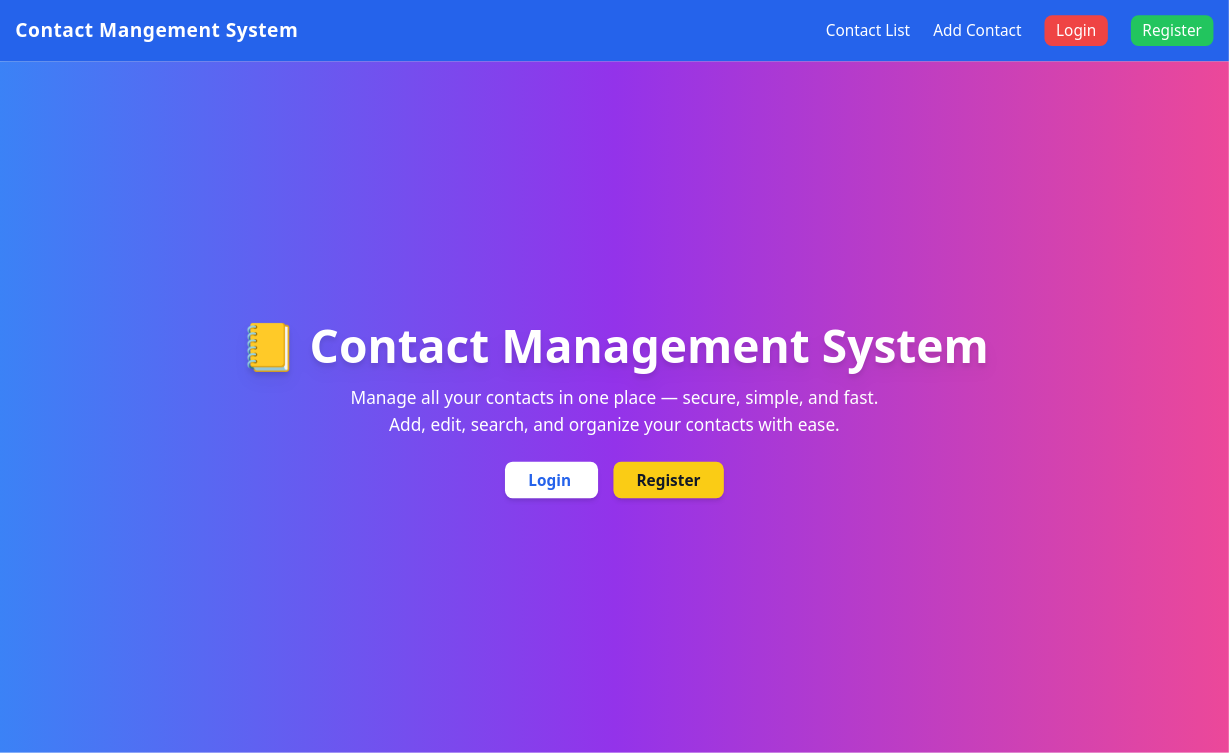
Repository: tauseefthedeveloper/ContactManagementSystem
Page: http://localhost/ContactManagementSystem/
An editor plug-in stored every save of this project. The page is shown before and after the next save, followed by the edit.
The browser window is 1280 px wide. The pictures show the whole page, at 96% of full size.
Some web libraries are served in a nearby version. The page is served by Tomcat 9. Other server files are loaded and not shown.

Above is the page before, as saved 2025-09-01 09:44:32.

### ContactManagementSystem/src/main/webapp/index.jsp
<%@ page language="java" contentType="text/html; charset=UTF-8"
	pageEncoding="UTF-8"%>
<!DOCTYPE html>
<html>
<head>
<meta charset="UTF-8">
<title>Contact Management System || Home page</title>
<script src="https://cdn.tailwindcss.com"></script>

</head>

<body>
	<div>
		<%@include file="navbar.jsp"%>
	</div>
	<div
		class="h-screen bg-gradient-to-r from-blue-500 via-purple-600 to-pink-500 flex items-center justify-center">
		<div class="text-center text-white px-6">

			<!-- Title -->
			<h1 class="text-5xl font-extrabold mb-4 drop-shadow-lg">📒
				Contact Management System</h1>

			<!-- Subtitle -->
			<p class="text-lg mb-8 max-w-xl mx-auto">Manage all your contacts
				in one place — secure, simple, and fast. Add, edit, search, and
				organize your contacts with ease.</p>

			<!-- Buttons -->
			<div class="space-x-4">
				<a href="login.jsp"
					class="bg-white text-blue-600 font-semibold px-6 py-2 rounded-lg shadow-md hover:bg-gray-200 transition">
					Login </a> <a href="register.jsp"
					class="bg-yellow-400 text-gray-900 font-semibold px-6 py-2 rounded-lg shadow-md hover:bg-yellow-300 transition">
					Register </a>
			</div>
		</div>
	</div>


</body>
</html>

### ContactManagementSystem/src/main/webapp/navbar.jsp
<!-- Navbar -->
<nav class="bg-blue-600 text-white shadow-lg">
  <div class="max-w-7xl mx-auto px-4">
    <div class="flex justify-between h-16">

      <!-- Logo / Brand -->
      <div class="flex items-center">
        <a href="dashboard.jsp" class="text-xl font-bold tracking-wide">Contact Mangement System</a>
      </div>

      <!-- Links -->
      <div class="hidden md:flex items-center space-x-6">
        <a href="dashboard.jsp" class="hover:text-gray-200">Contact List</a>
        <a href="add_contact.jsp" class="hover:text-gray-200">Add Contact</a>
        <a href="LogoutServlet" class="bg-red-500 px-3 py-1 rounded-lg hover:bg-red-600">Login</a>
        <a href="LogoutServlet" class="bg-green-500 px-3 py-1 rounded-lg hover:bg-green-600">Register</a>
      </div>

      <!-- Mobile Menu Button -->
      <div class="md:hidden flex items-center">
        <button id="menu-btn" class="focus:outline-none">
          <svg class="w-6 h-6" fill="none" stroke="currentColor" viewBox="0 0 24 24">
            <path stroke-linecap="round" stroke-linejoin="round" stroke-width="2"
              d="M4 6h16M4 12h16M4 18h16"/>
          </svg>
        </button>
      </div>
    </div>
  </div>

  <!-- Mobile Menu -->
  <div id="menu" class="hidden md:hidden bg-blue-700 px-4">
    <a href="dashboard.jsp" class="block py-2 hover:text-gray-300">Dashboard</a>
    <a href="add_contact.jsp" class="block py-2 hover:text-gray-300">Add Contact</a>
    <a href="profile.jsp" class="block py-2 hover:text-gray-300">Profile</a>
    <a href="LogoutServlet" class="block py-2 text-red-300 hover:text-red-400">Logout</a>
  </div>
</nav>

<!-- Script for Mobile Menu -->
<script>
  const btn = document.getElementById('menu-btn');
  const menu = document.getElementById('menu');

  btn.addEventListener('click', () => {
    menu.classList.toggle('hidden');
  });
</script>

### ContactManagementSystem/src/main/webapp/footer.jsp
<!-- Footer -->
<footer class="bg-gray-900 text-gray-300 mt-16">
  <div class="max-w-7xl mx-auto px-4 py-8 md:flex md:items-center md:justify-between">

    <!-- Left Side -->
    <div class="text-center md:text-left mb-4 md:mb-0">
      <h2 class="text-lg font-semibold">📒 Contact Manager</h2>
      <p class="text-sm text-gray-400">Manage your contacts securely & easily.</p>
    </div>

    <!-- Right Side Links -->
    <div class="flex justify-center space-x-6">
      <a href="dashboard.jsp" class="hover:text-white">Dashboard</a>
      <a href="add_contact.jsp" class="hover:text-white">Add Contact</a>
      <a href="profile.jsp" class="hover:text-white">Profile</a>
      <a href="login.jsp" class="hover:text-white">Login</a>
    </div>
  </div>

  <!-- Bottom Line -->
  <div class="border-t border-gray-700 text-center py-4 text-sm text-gray-400">
    © 2025 Contact Management System. All rights reserved.
  </div>
</footer>

After the next save:
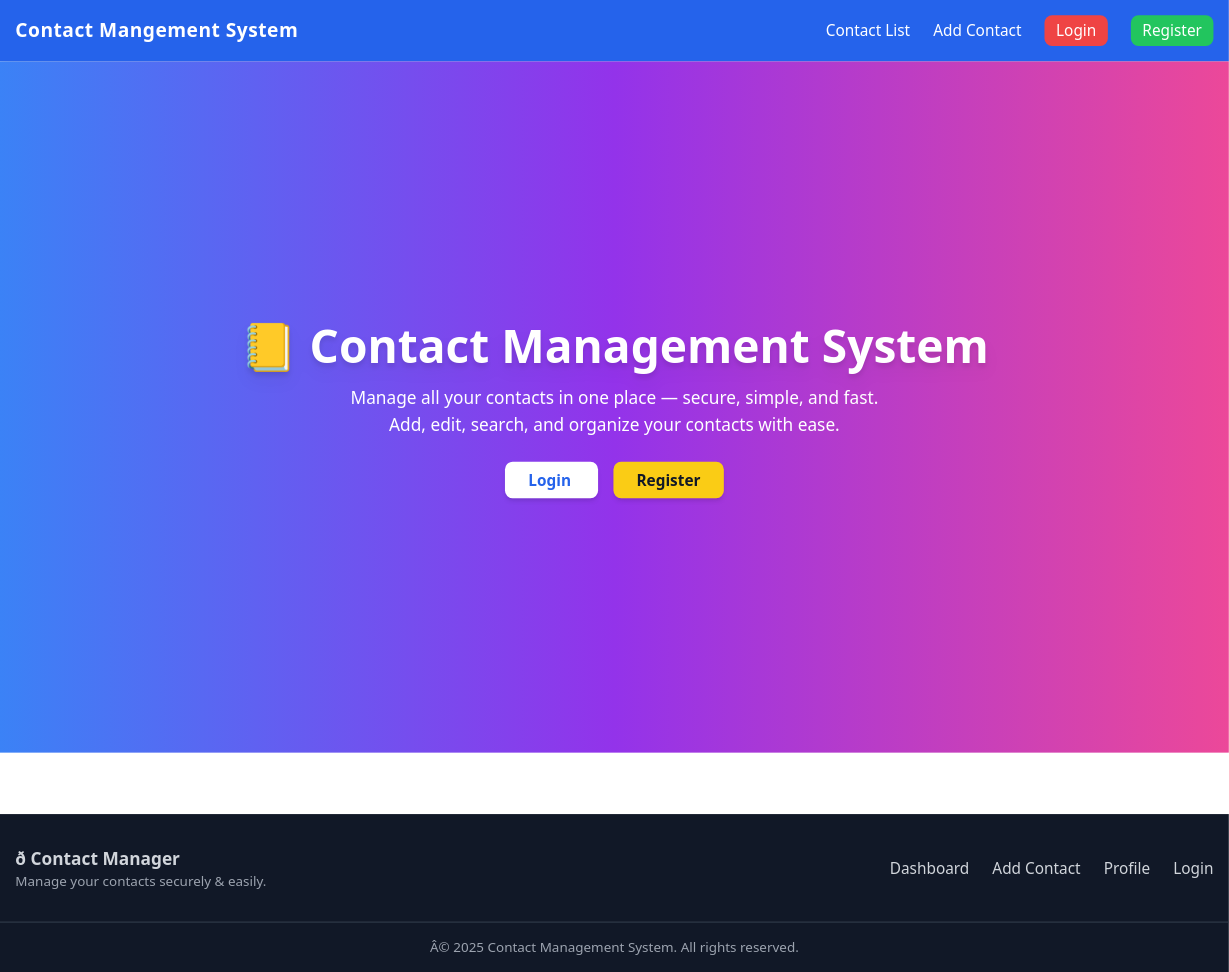
Saved 28 s later.
--- a/ContactManagementSystem/src/main/webapp/index.jsp
+++ b/ContactManagementSystem/src/main/webapp/index.jsp
@@ -36,7 +36,9 @@
 			</div>
 		</div>
 	</div>
-
+	<div>
+	  <%@include file="footer.jsp" %>
+	</div>
 
 </body>
 </html>
